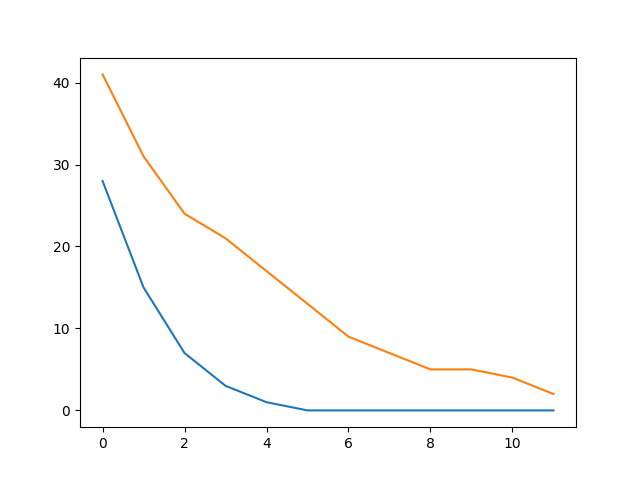
Repository: PatLaCisay/python-hawkdove-master
Script's output: python hawkdove.py
These files come from the project's save history. The script's output is drawn as it stood at one moment and after the next save; the edit follows.
Random numbers start from a fixed seed.

Above is the script's output before, as saved 2023-03-07 11:34:25.

After the next save:
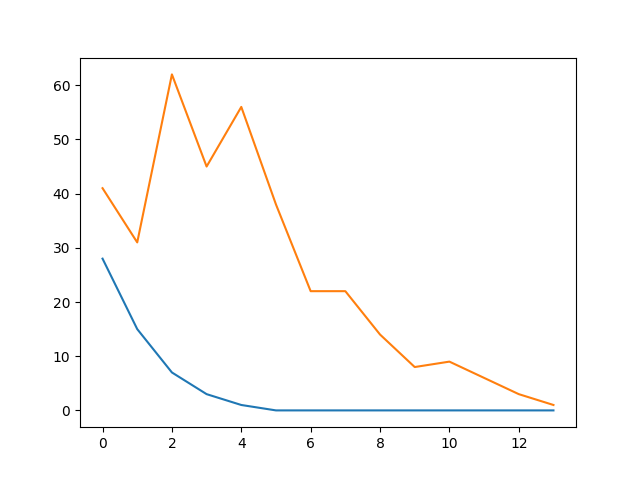
Saved 27 s later.
--- a/hawkdove.py
+++ b/hawkdove.py
@@ -12,7 +12,7 @@ STARTING_ENERGY = 100
 MIN_FOOD_PER_ROUND = 20
 MAX_FOOD_PER_ROUND = 70
 
-ENERGY_REQUIRED_FOR_REPRODUCTION = 20000
+ENERGY_REQUIRED_FOR_REPRODUCTION = 200
 ENERGY_LOSS_PER_ROUND = 2 #C
 ENERGY_COST_OF_BLUFFING = 10
 ENERGY_LOSS_FROM_FIGHTING = 200
